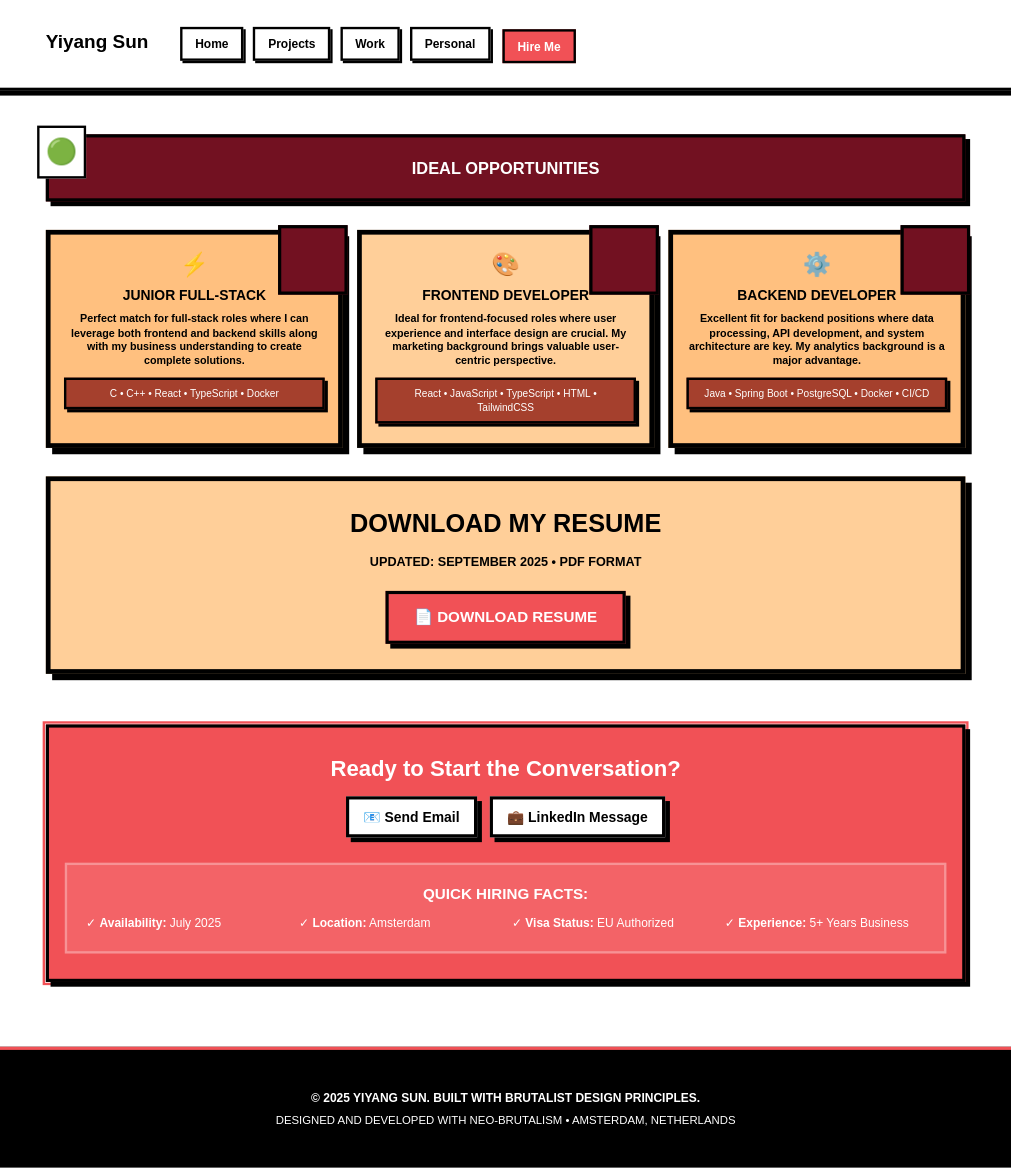
Repository: miloyiyangsun/yiyangsun.github.io
Page: .superdesign/design_iterations/yiyang_hireme_v2.html
The author's editor kept a copy of each file at every save. The page is drawn from the files as they stood at one save, then again after the next save.
The browser window is 1280 px wide. The pictures show the whole page, at 79% of full size.

Above is the page before, as saved 2025-09-03 17:43:21.

### .superdesign/design_iterations/yiyang_hireme_v2.html
<!DOCTYPE html>
<html lang="en">
<head>
    <meta charset="UTF-8">
    <meta name="viewport" content="width=device-width, initial-scale=1.0">
    <title>Hire Me - Yiyang Sun [Neo-Brutalist Portfolio]</title>
    <meta name="description" content="Hire Yiyang Sun - Computer Science Student (2025 Graduate) with 5+ years business experience seeking Junior Full-Stack, Frontend, or Backend opportunities in Amsterdam. Neo-brutalist design.">

    <!-- Neo-Brutalist Theme -->
    <link rel="stylesheet" href="brutalist_theme_v2.css">

    <style>
        /* Hire Me specific brutal styles */
        body {
            padding-top: 120px;
            background: #FFFFFF;
        }

        .main-container {
            max-width: 1200px;
            margin: 0 auto;
            padding: 18px;
        }

        /* Hero CTA - Brutal */
        .hire-hero {
            background: #F15156;
            color: #FFFFFF;
            border: 8px solid #000000;
            padding: 48px 24px;
            text-align: center;
            box-shadow: 12px 12px 0 #000000;
            position: relative;
            margin: 24px 0;
        }

        .hire-hero::before {
            content: '💼';
            position: absolute;
            top: -30px;
            left: -30px;
            font-size: 4rem;
            background: #FFFFFF;
            border: 6px solid #000000;
            padding: 16px;
            width: 100px;
            height: 100px;
            display: flex;
            align-items: center;
            justify-content: center;
        }

        .hire-title {
            font-size: 2.5rem;
            font-weight: 900;
            text-transform: uppercase;
            margin: 0 0 18px 0;
            line-height: 0.9;
        }

        .hire-subtitle {
            font-size: 1.2rem;
            font-weight: 700;
            text-transform: uppercase;
            margin-bottom: 24px;
            opacity: 0.95;
        }

        /* Opportunity Cards - Brutal */
        .opportunity-grid {
            display: grid;
            grid-template-columns: repeat(auto-fit, minmax(280px, 1fr));
            gap: 18px;
            margin: 36px 0;
        }

        .opportunity-card {
            background: #FFFFFF;
            border: 6px solid #000000;
            padding: 17px;
            box-shadow: 8px 8px 0 #000000;
            position: relative;
            text-align: center;
        }

        .opportunity-card:hover {
            transform: translate(-4px, -4px);
            box-shadow: 16px 16px 0 #000000;
        }

        .opportunity-card:nth-child(1) {
            background: #FFC07F;
        }

        .opportunity-card:nth-child(2) {
            background: #FFCF99;
        }

        .opportunity-card:nth-child(3) {
            background: #FFC07F;
        }

        .opportunity-card::before {
            content: '';
            position: absolute;
            top: -12px;
            right: -12px;
            width: 80px;
            height: 80px;
            background: #721121;
            border: 4px solid #000000;
        }

        .opportunity-icon {
            font-size: 1.8rem;
            display: block;
            margin-bottom: 8px;
        }

        .opportunity-title {
            font-size: 1.1rem;
            font-weight: 900;
            text-transform: uppercase;
            color: #000000;
            margin-bottom: 8px;
        }

        .opportunity-description {
            font-size: 0.85rem;
            line-height: 1.3;
            font-weight: 600;
            margin-bottom: 12px;
        }

        /* Skills Match - Brutal */
        .skills-match {
            background: #A5402D;
            color: #FFFFFF;
            padding: 8px 12px;
            border: 3px solid #000000;
            margin: 8px 0;
            box-shadow: 4px 4px 0 #000000;
            font-size: 0.8rem;
        }

        /* Contact Cards - Brutal */
        .contact-grid {
            display: grid;
            grid-template-columns: repeat(auto-fit, minmax(280px, 1fr));
            gap: 24px;
            margin: 48px 0;
        }

        .contact-card {
            background: #FFFFFF;
            border: 6px solid #000000;
            padding: 24px;
            text-align: center;
            box-shadow: 6px 6px 0 #000000;
            position: relative;
        }

        .contact-card:hover {
            background: #FFCF99;
            transform: translate(-3px, -3px);
            box-shadow: 11px 11px 0 #000000;
        }

        .contact-card:nth-child(even) {
            background: #FFC07F;
        }

        .contact-card:nth-child(even):hover {
            background: #F15156;
            color: #FFFFFF;
        }

        .contact-icon {
            width: 64px;
            height: 64px;
            background: #F15156;
            border: 4px solid #000000;
            border-radius: 0;
            margin: 0 auto 18px auto;
            display: flex;
            align-items: center;
            justify-content: center;
            font-size: 1.6rem;
            color: #FFFFFF;
            box-shadow: 4px 4px 0 #000000;
        }

        .contact-title {
            font-size: 1.2rem;
            font-weight: 900;
            text-transform: uppercase;
            margin-bottom: 10px;
            color: #000000;
        }

        .contact-info {
            font-size: 1.1rem;
            font-weight: 700;
            margin-bottom: 8px;
        }

        .contact-description {
            font-size: 0.9rem;
            font-weight: 600;
            text-transform: uppercase;
            color: #666666;
        }

        /* Value Proposition - Brutal */
        .value-proposition {
            background: #721121;
            color: #FFFFFF;
            padding: 48px;
            border: 8px solid #000000;
            box-shadow: 12px 12px 0 #000000;
            margin: 64px 0;
        }

        .value-title {
            font-size: 2.5rem;
            font-weight: 900;
            text-transform: uppercase;
            text-align: center;
            margin-bottom: 32px;
        }

        .value-grid {
            display: grid;
            grid-template-columns: repeat(auto-fit, minmax(250px, 1fr));
            gap: 24px;
        }

        .value-item {
            padding: 24px;
            background: rgba(255, 255, 255, 0.1);
            border: 2px solid rgba(255, 255, 255, 0.3);
            text-align: center;
        }

        .value-item-title {
            font-size: 1.2rem;
            font-weight: 900;
            text-transform: uppercase;
            margin-bottom: 12px;
        }

        .value-item-description {
            font-size: 1rem;
            font-weight: 500;
            line-height: 1.4;
        }

        /* Resume Download - Brutal */
        .resume-section {
            background: #FFCF99;
            border: 6px solid #000000;
            padding: 32px;
            text-align: center;
            box-shadow: 8px 8px 0 #000000;
            margin: 32px 0;
        }

        .resume-title {
            font-size: 2rem;
            font-weight: 900;
            text-transform: uppercase;
            margin-bottom: 16px;
        }

        .resume-info {
            font-size: 1rem;
            font-weight: 600;
            margin-bottom: 24px;
            text-transform: uppercase;
        }

        .download-button {
            display: inline-block;
            background: #F15156;
            color: #FFFFFF;
            padding: 16px 32px;
            border: 4px solid #000000;
            text-decoration: none;
            font-weight: 900;
            font-size: 1.2rem;
            text-transform: uppercase;
            box-shadow: 6px 6px 0 #000000;
        }

        .download-button:hover {
            background: #721121;
            transform: translate(-2px, -2px);
            box-shadow: 8px 8px 0 #000000;
        }

        /* Availability Status - Brutal */
        .availability {
            background: #721121;
            color: #FFFFFF;
            padding: 24px;
            border: 4px solid #000000;
            text-align: center;
            margin: 32px 0;
            box-shadow: 6px 6px 0 #000000;
            position: relative;
        }

        .availability::before {
            content: '🟢';
            position: absolute;
            top: -15px;
            left: -15px;
            font-size: 2rem;
            background: #FFFFFF;
            border: 3px solid #000000;
            padding: 8px;
            border-radius: 0;
        }

        .availability-text {
            font-size: 1.3rem;
            font-weight: 900;
            text-transform: uppercase;
        }

        /* Mobile responsive */
        @media (max-width: 768px) {
            .hire-title {
                font-size: 2.5rem;
            }

            .hire-hero {
                padding: 40px 20px;
            }

            .opportunity-grid,
            .contact-grid {
                grid-template-columns: 1fr;
                gap: 16px;
            }

            .opportunity-card {
                padding: 14px;
            }

            .value-proposition {
                padding: 32px 20px;
            }

            .value-title {
                font-size: 2rem;
            }
        }
    </style>
</head>

<body>
    <!-- Brutalist Navigation -->
    <nav class="brutalist-nav">
        <div class="main-container">
            <strong style="font-size: 1.5rem; margin-right: 32px;">Yiyang Sun</strong>
            <a href="yiyang_home_v2.html" class="brutalist-nav-item">Home</a>
            <a href="yiyang_projects_v2.html" class="brutalist-nav-item">Projects</a>
            <a href="yiyang_work_v2.html" class="brutalist-nav-item">Work</a>
            <a href="yiyang_personal_v2.html" class="brutalist-nav-item">Personal</a>
            <a href="yiyang_hireme_v2.html" class="brutalist-nav-item active">Hire Me</a>
        </div>
    </nav>

    <!-- Main Content -->
    <main class="main-container">
        <!-- Hero CTA -->
        <!-- <section class="hire-hero">
            <div class="hire-title">Hire Me Now!</div>
            <div class="hire-subtitle">CS Student (2025 Graduate) with 5+ Years Business Background</div>
            <p style="font-size: 1.2rem; font-weight: 600; max-width: 600px; margin: 0 auto 32px auto;">
                Computer Science student graduating July 2025 seeking Junior Full-Stack, Frontend, or Backend opportunities.
                5+ years international business experience + technical skills.
            </p>
            <a href="mailto:miloyysun@outlook.com?subject=Job Opportunity&body=Hi Yiyang, I'm interested in discussing a software development opportunity with you."
               class="brutalist-button" style="background: #FFFFFF; color: #000000; font-size: 1.2rem; padding: 16px 32px;">
Email Me Today
            </a>
        </section> -->

        <!-- Availability Status -->
        <!-- <section class="availability">
            <div class="availability-text">Available from July 2025 • CS Graduate • Amsterdam Based • EU Work Authorization</div>
        </section> -->
        <section class="availability">
            <div class="availability-text">Ideal Opportunities</div>
        </section>
        <!-- Opportunity Types -->
        <section>
            <!-- <h2 class="title-large brutalist-text-center" style="margin: 64px 0 32px 0;">Ideal Opportunities</h2> -->

            <div class="opportunity-grid">
                <div class="opportunity-card">
                    <span class="opportunity-icon">⚡</span>
                    <div class="opportunity-title">Junior Full-Stack</div>
                    <div class="opportunity-description">
                        Perfect match for full-stack roles where I can leverage both frontend and backend skills
                        along with my business understanding to create complete solutions.
                    </div>
                    <div class="skills-match">
                        C • C++ • React • TypeScript • Docker
                    </div>
                </div>

                <div class="opportunity-card">
                    <span class="opportunity-icon">🎨</span>
                    <div class="opportunity-title">Frontend Developer</div>
                    <div class="opportunity-description">
                        Ideal for frontend-focused roles where user experience and interface design are crucial.
                        My marketing background brings valuable user-centric perspective.
                    </div>
                    <div class="skills-match">
                        React • JavaScript • TypeScript • HTML • TailwindCSS
                    </div>
                </div>

                <div class="opportunity-card">
                    <span class="opportunity-icon">⚙️</span>
                    <div class="opportunity-title">Backend Developer</div>
                    <div class="opportunity-description">
                        Excellent fit for backend positions where data processing, API development, and system architecture
                        are key. My analytics background is a major advantage.
                    </div>
                    <div class="skills-match">
                        Java • Spring Boot • PostgreSQL • Docker • CI/CD
                    </div>
                </div>
            </div>
        </section>

        <!-- Value Proposition -->
        <!-- <section class="value-proposition">
            <div class="value-title">Why Hire Me?</div>
            <div class="value-grid">
                <div class="value-item">
                    <div class="value-item-title">Unique Business Background</div>
                    <div class="value-item-description">
                        5+ years of international business experience brings valuable perspective to software development projects
                    </div>
                </div>
                <div class="value-item">
                    <div class="value-item-title">Proven Problem Solver</div>
                    <div class="value-item-description">
                        Demonstrated ability to analyze complex problems and implement effective technical solutions
                    </div>
                </div>
                <div class="value-item">
                    <div class="value-item-title">International Experience</div>
                    <div class="value-item-description">
                        Worked across Singapore, China, and Netherlands - excellent for global teams and cross-cultural projects
                    </div>
                </div>
                <div class="value-item">
                    <div class="value-item-title">Career Transition Success</div>
                    <div class="value-item-description">
                        Successfully transitioned from 5+ years business career to Computer Science, graduating July 2025
                    </div>
                </div>
            </div>
        </section> -->

        <!-- Resume Download -->
        <section class="resume-section">
            <div class="resume-title">Download My Resume</div>
            <div class="resume-info">Updated: September 2025 • PDF Format</div>
            <a href="#" class="download-button">📄 Download Resume</a>
        </section>

        <!-- Contact Information -->
        <!-- <section>
            <h2 class="title-large brutalist-text-center" style="margin: 64px 0 32px 0;">Let's Connect</h2>

            <div class="contact-grid">
                <div class="contact-card">
                    <div class="contact-icon">📧</div>
                    <div class="contact-title">Email Me</div>
                    <div class="contact-info">miloyysun@outlook.com</div>
                    <div class="contact-description">Primary Communication Method</div>
                </div>

                <div class="contact-card">
                    <div class="contact-icon">💼</div>
                    <div class="contact-title">LinkedIn</div>
                    <div class="contact-info">yiyangsunmilo</div>
                    <div class="contact-description">Professional Networking</div>
                </div>

                <div class="contact-card">
                    <div class="contact-icon">📍</div>
                    <div class="contact-title">Location</div>
                    <div class="contact-info">Amsterdam, Netherlands</div>
                    <div class="contact-description">Available for Local Opportunities</div>
                </div>
            </div>
        </section> -->

        <!-- Final CTA -->
        <section class="brutalist-hero brutalist-bg-red" style="margin: 64px 0;">
            <div class="brutalist-text-center">
                <h2 class="title-large" style="color: #FFFFFF; margin-bottom: 16px;">Ready to Start the Conversation?</h2>
                <!-- <p style="font-size: 1.3rem; font-weight: 700; color: #FFFFFF; margin-bottom: 32px; max-width: 700px; margin-left: auto; margin-right: auto;">
                    Whether you have a specific role in mind or just want to explore possibilities,
                    I'm excited to discuss how my unique background can contribute to your team's success.
                </p> -->
                <div style="display: flex; justify-content: center; gap: 16px; flex-wrap: wrap;">
                    <a href="mailto:miloyysun@outlook.com?subject=Software Development Opportunity&body=Hi Yiyang, I'm interested in discussing potential opportunities with you."
                       class="brutalist-button" style="background: #FFFFFF; color: #000000; font-size: 1.1rem;">
                        📧 Send Email
                    </a>
                    <a href="https://linkedin.com/in/yiyangsunmilo"
                       class="brutalist-button" style="background: #FFFFFF; color: #000000; font-size: 1.1rem;" target="_blank">
                        💼 LinkedIn Message
                    </a>
                    <!-- <a href="tel:+31626707606"
                       class="brutalist-button" style="background: #FFFFFF; color: #000000; font-size: 1.1rem;">
                        📞 Call: +31 626707606
                    </a> -->
                </div>

                <div style="margin-top: 32px; padding: 24px; background: rgba(255,255,255,0.1); border: 3px solid rgba(255,255,255,0.3);">
                    <h3 style="font-size: 1.2rem; font-weight: 900; text-transform: uppercase; margin-bottom: 12px;">Quick Hiring Facts:</h3>
                    <div style="display: grid; grid-template-columns: repeat(auto-fit, minmax(150px, 1fr)); gap: 16px; text-align: left;">
                        <div>✓ <strong>Availability:</strong> July 2025</div>
                        <div>✓ <strong>Location:</strong> Amsterdam</div>
                        <div>✓ <strong>Visa Status:</strong> EU Authorized</div>
                        <div>✓ <strong>Experience:</strong> 5+ Years Business</div>
                    </div>
                </div>
            </div>
        </section>
    </main>

    <!-- Footer -->
    <footer style="background: #000000; color: #FFFFFF; padding: 32px; text-align: center; border-top: 4px solid #F15156;">
        <div class="main-container">
            <p style="font-weight: 700; text-transform: uppercase; margin-bottom: 8px;">
                &copy; 2025 YIYANG SUN. BUILT WITH BRUTALIST DESIGN PRINCIPLES.
            </p>
            <p style="font-size: 0.9rem; text-transform: uppercase;">
                Designed and developed with neo-brutalism • Amsterdam, Netherlands
            </p>
        </div>
    </footer>

    <script>
        // Minimal JavaScript for hire me page
        console.log('💼 HIRE ME PAGE - NEO-BRUTALIST DESIGN LOADED');
        console.log('🚀 READY TO HIRE YIYANG SUN!');

        // Enhanced button press effects for CTA buttons
        document.querySelectorAll('.brutalist-button, .download-button, .contact-card').forEach(element => {
            element.addEventListener('mousedown', function() {
                this.style.transform = 'translate(3px, 3px)';
                this.style.boxShadow = 'none';
            });

            element.addEventListener('mouseup', function() {
                this.style.transform = '';
                this.style.boxShadow = '';
            });

            element.addEventListener('mouseleave', function() {
                this.style.transform = '';
                this.style.boxShadow = '';
            });
        });

        // Log hiring intent tracking
        document.querySelectorAll('a[href^="mailto:"]').forEach(emailLink => {
            emailLink.addEventListener('click', function() {
                console.log('📧 EMAIL CLICK - POTENTIAL HIRE INTEREST!');
            });
        });
    </script>
</body>
</html>

Loaded but not shown: .superdesign/design_iterations/brutalist_theme_v2.css (336 lines, source omitted)

After the next save:
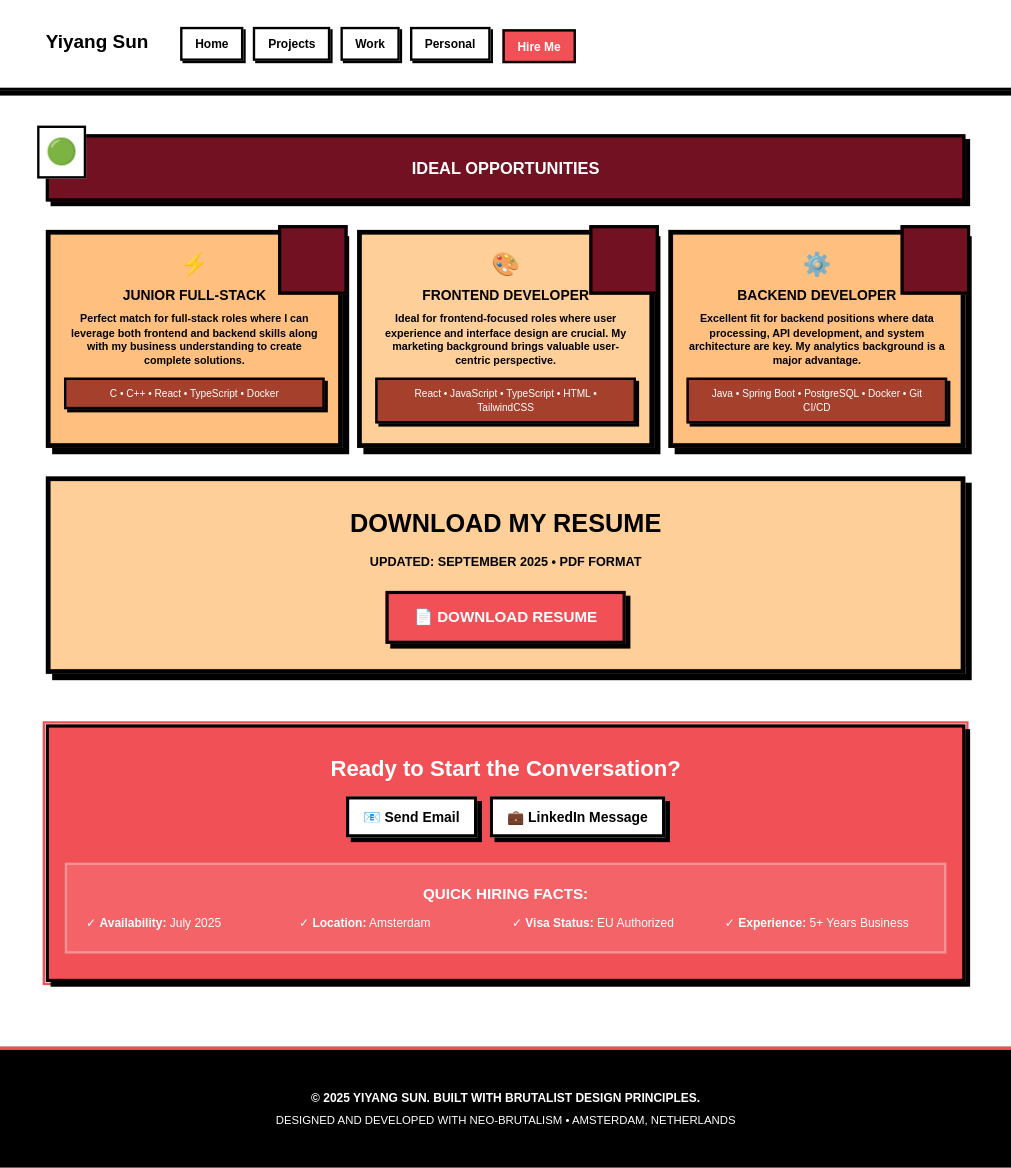
Saved 46 s later.
--- a/.superdesign/design_iterations/yiyang_hireme_v2.html
+++ b/.superdesign/design_iterations/yiyang_hireme_v2.html
@@ -432,7 +432,7 @@ Email Me Today
                         are key. My analytics background is a major advantage.
                     </div>
                     <div class="skills-match">
-                        Java • Spring Boot • PostgreSQL • Docker • CI/CD
+                        Java • Spring Boot • PostgreSQL • Docker • Git CI/CD
                     </div>
                 </div>
             </div>
